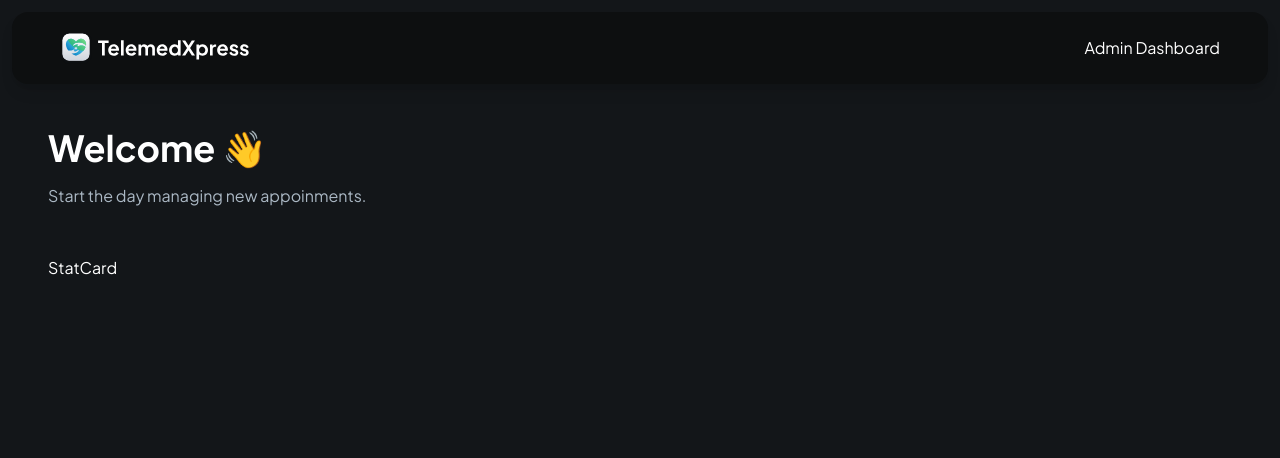
Repository: Carlito-Pedida/telemed
Page: /admin
These files come from the project's save history. The page is drawn as it stood at one moment and after the next save; the edit follows.
The browser window is 1280 px wide. The pictures show the whole page.
The project was rebuilt for these pictures with package versions that can differ from the ones it lists, and the page was loaded fresh each time. The framework's server and built-in components were replaced by stand-ins that run in the browser. Also part of the build but not shown: next.config.mjs.

Above is the page before, as saved 2024-11-08 16:01:55.

### app/layout.tsx
import type { Metadata } from "next";
import { Plus_Jakarta_Sans } from "next/font/google";
import "./globals.css";
import { cn } from "@/lib/utils";
import { ThemeProvider } from "@/components/theme-provider";

const fontSans = Plus_Jakarta_Sans({
  subsets: ["latin"],
  weight: ["300", "400", "500", "600", "700"],
  variable: "--font-sans"
});

export const metadata: Metadata = {
  title: "TelemedXpress",
  description: "An Online Healthcare Resource"
};

export default function RootLayout({
  children
}: Readonly<{
  children: React.ReactNode;
}>) {
  return (
    <html lang="en">
      <body
        className={cn(
          "min-h-screen bg-dark-300 font-sans antialiased",
          fontSans.variable
        )}
      >
        <ThemeProvider
          attribute="class"
          defaultTheme="dark"
          enableSystem
          disableTransitionOnChange
        >
          {children}
        </ThemeProvider>
      </body>
    </html>
  );
}

### app/admin/page.tsx
import StatCard from "@/components/StatCard";
import Image from "next/image";
import Link from "next/link";
import React from "react";

const Admin = () => {
  return (
    <div className="mx-auto flex max-w-7xl flex-col space-y-14">
      <header className="admin-header">
        <Link href="/" className="cursor-pointer">
          <Image
            src="/assets/icons/logo-full.svg"
            height={32}
            width={32}
            alt="Logo"
            className="h-8 w-fit"
          />
        </Link>

        <p className="" text-16-semibold>
          Admin Dashboard
        </p>
      </header>
      <main className="admin-main">
        <section className="w-full space-y-4">
          <h1 className="header">Welcome 👋</h1>
          <p className="text-dark-700">
            Start the day managing new appoinments.
          </p>
        </section>

        <section className="admin-stat">
          <StatCard
            type="appointments"
            count={5}
            label="Scheduled appointments"
            icon="/assets/iucons/appointments.svg"
          />
        </section>
      </main>
    </div>
  );
};

export default Admin;

### lib/utils.ts
import { type ClassValue, clsx } from "clsx";
import { twMerge } from "tailwind-merge";

export function cn(...inputs: ClassValue[]) {
  return twMerge(clsx(inputs));
}

export const parseStringify = (value: any) => JSON.parse(JSON.stringify(value));

export const convertFileToUrl = (file: File) => URL.createObjectURL(file);

// FORMAT DATE TIME
export const formatDateTime = (dateString: Date | string) => {
  const dateTimeOptions: Intl.DateTimeFormatOptions = {
    // weekday: "short", // abbreviated weekday name (e.g., 'Mon')
    month: "short", // abbreviated month name (e.g., 'Oct')
    day: "numeric", // numeric day of the month (e.g., '25')
    year: "numeric", // numeric year (e.g., '2023')
    hour: "numeric", // numeric hour (e.g., '8')
    minute: "numeric", // numeric minute (e.g., '30')
    hour12: true // use 12-hour clock (true) or 24-hour clock (false)
  };

  const dateDayOptions: Intl.DateTimeFormatOptions = {
    weekday: "short", // abbreviated weekday name (e.g., 'Mon')
    year: "numeric", // numeric year (e.g., '2023')
    month: "2-digit", // abbreviated month name (e.g., 'Oct')
    day: "2-digit" // numeric day of the month (e.g., '25')
  };

  const dateOptions: Intl.DateTimeFormatOptions = {
    month: "short", // abbreviated month name (e.g., 'Oct')
    year: "numeric", // numeric year (e.g., '2023')
    day: "numeric" // numeric day of the month (e.g., '25')
  };

  const timeOptions: Intl.DateTimeFormatOptions = {
    hour: "numeric", // numeric hour (e.g., '8')
    minute: "numeric", // numeric minute (e.g., '30')
    hour12: true // use 12-hour clock (true) or 24-hour clock (false)
  };

  const formattedDateTime: string = new Date(dateString).toLocaleString(
    "en-US",
    dateTimeOptions
  );

  const formattedDateDay: string = new Date(dateString).toLocaleString(
    "en-US",
    dateDayOptions
  );

  const formattedDate: string = new Date(dateString).toLocaleString(
    "en-US",
    dateOptions
  );

  const formattedTime: string = new Date(dateString).toLocaleString(
    "en-US",
    timeOptions
  );

  return {
    dateTime: formattedDateTime,
    dateDay: formattedDateDay,
    dateOnly: formattedDate,
    timeOnly: formattedTime
  };
};

export function encryptKey(passkey: string) {
  return btoa(passkey);
}

export function decryptKey(passkey: string) {
  return atob(passkey);
}

### components/StatCard.tsx
import React from "react";

const StatCard = () => {
  return <div>StatCard</div>;
};

export default StatCard;

### tailwind.config.ts
import type { Config } from "tailwindcss";

const { fontFamily } = require("tailwindcss/defaultTheme");

const config = {
  darkMode: ["class"],
  content: [
    "./pages/**/*.{ts,tsx}",
    "./components/**/*.{ts,tsx}",
    "./app/**/*.{ts,tsx}",
    "./src/**/*.{ts,tsx}"
  ],
  prefix: "",
  theme: {
    container: {
      center: true,
      padding: "2rem",
      screens: {
        "2xl": "1400px"
      }
    },
    extend: {
      colors: {
        green: {
          500: "#24AE7C",
          600: "#0D2A1F"
        },
        blue: {
          500: "#79B5EC",
          600: "#152432"
        },
        red: {
          500: "#F37877",
          600: "#3E1716",
          700: "#F24E43"
        },
        light: {
          200: "#E8E9E9"
        },
        dark: {
          200: "#0D0F10",
          300: "#131619",
          400: "#1A1D21",
          500: "#363A3D",
          600: "#76828D",
          700: "#ABB8C4"
        }
      },
      fontFamily: {
        sans: ["var(--font-sans)", ...fontFamily.sans]
      },
      backgroundImage: {
        appointments: "url('/assets/images/appointments-bg.png')",
        pending: "url('/assets/images/pending-bg.png')",
        cancelled: "url('/assets/images/cancelled-bg.png')"
      },
      keyframes: {
        "accordion-down": {
          from: { height: "0" },
          to: { height: "var(--radix-accordion-content-height)" }
        },
        "accordion-up": {
          from: { height: "var(--radix-accordion-content-height)" },
          to: { height: "0" }
        },
        "caret-blink": {
          "0%,70%,100%": { opacity: "1" },
          "20%,50%": { opacity: "0" }
        }
      },
      animation: {
        "accordion-down": "accordion-down 0.2s ease-out",
        "accordion-up": "accordion-up 0.2s ease-out",
        "caret-blink": "caret-blink 1.25s ease-out infinite"
      }
    }
  },
  plugins: [require("tailwindcss-animate")]
} satisfies Config;

export default config;

Loaded but not shown: app/globals.css (common file); components/theme-provider.tsx (common file)

After the next save:
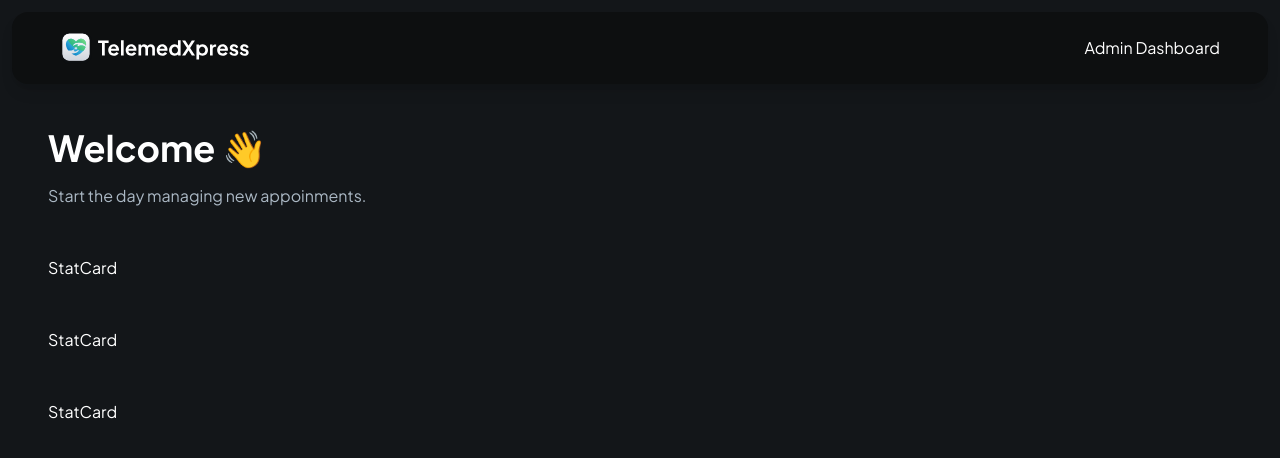
Saved 61 s later.
--- a/app/admin/page.tsx
+++ b/app/admin/page.tsx
@@ -37,6 +37,24 @@ const Admin = () => {
             icon="/assets/iucons/appointments.svg"
           />
         </section>
+
+        <section className="admin-stat">
+          <StatCard
+            type="pending"
+            count={5}
+            label="Pending appointments"
+            icon="/assets/iucons/appointments.svg"
+          />
+        </section>
+
+        <section className="admin-stat">
+          <StatCard
+            type="cancelled"
+            count={5}
+            label="Cancelled appointments"
+            icon="/assets/iucons/appointments.svg"
+          />
+        </section>
       </main>
     </div>
   );
